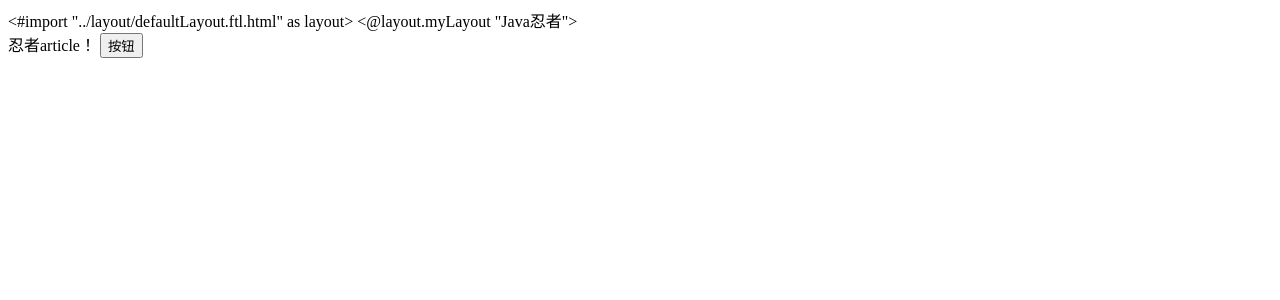
Repository: JavaProgrammerLB/JavaNinja
Page: firstNinjaProject/src/main/java/views/ApplicationControl/article.ftl.html
The author's editor kept a copy of each file at every save. The page is drawn from the files as they stood at one save, then again after the next save.
The browser window is 1280 px wide. The pictures show the whole page.

Above is the page before, as saved 2015-06-09 05:26:56.

### firstNinjaProject/src/main/java/views/ApplicationControl/article.ftl.html
<#import "../layout/defaultLayout.ftl.html" as layout>
<@layout.myLayout "Java忍者">
<script type="text/javascript">
		function click(){
			var d = document.domain(ninjaArticle);
			alert(d);
		}

		function buttonClick(){
			alert("hello world");
		}
</script>
	<div>
		<a id="ninjaArticle" onclick="click()">忍者article！</a>
		<button id="b1" onclick="buttonClick()">按钮</button>
	</div>
</@layout.myLayout>

After the next save:
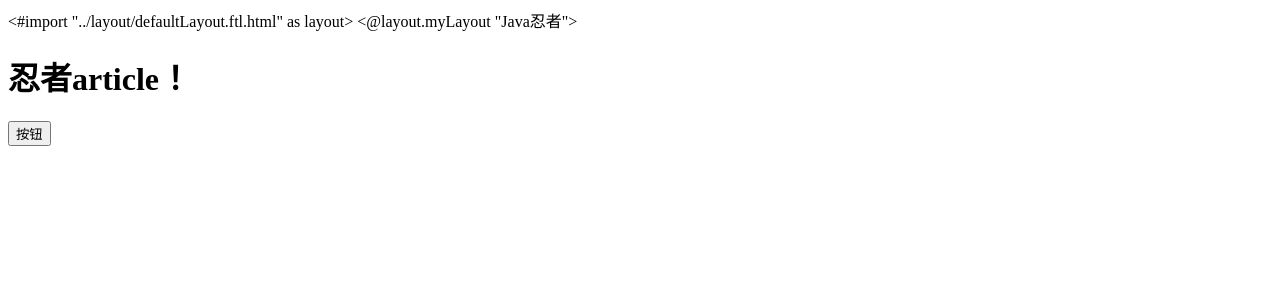
Saved 44 s later.
--- a/firstNinjaProject/src/main/java/views/ApplicationControl/article.ftl.html
+++ b/firstNinjaProject/src/main/java/views/ApplicationControl/article.ftl.html
@@ -11,7 +11,7 @@
 		}
 </script>
 	<div>
-		<a id="ninjaArticle" onclick="click()">忍者article！</a>
+		<h1 id="ninjaArticle" onclick="click()">忍者article！</h1>
 		<button id="b1" onclick="buttonClick()">按钮</button>
 	</div>
 </@layout.myLayout>
